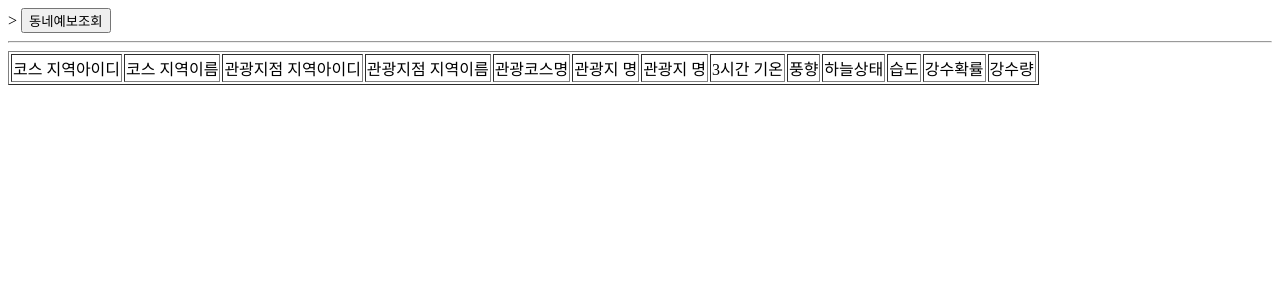
Repository: jeehui/JSPStudy
Page: http://localhost/OPENAPI_PRAC/tour/tour.jsp
An editor plug-in stored every save of this project. The page is shown before and after the next save, followed by the edit.
The browser window is 1280 px wide. The pictures show the whole page.
The page is served by Tomcat 9.

Above is the page before, as saved 2022-05-04 06:12:04.
Console error: SyntaxError: missing ) after argument list

After the next save:
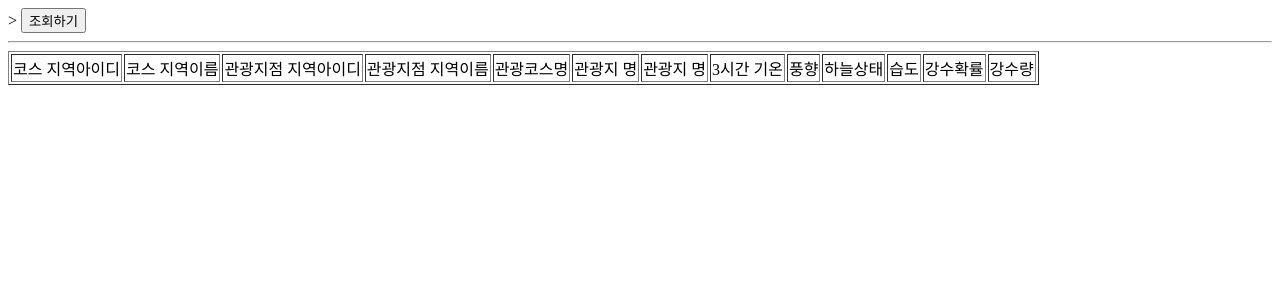
Saved 2 min 45 s later.
--- a/OPENAPI_PRAC/src/main/webapp/tour/tour.jsp
+++ b/OPENAPI_PRAC/src/main/webapp/tour/tour.jsp
@@ -7,6 +7,7 @@
 <title>Insert title here</title>
 <script src="https://code.jquery.com/jquery-3.6.0.js" integrity="sha256-H+K7U5CnXl1h5ywQfKtSj8PCmoN9aaq30gDh27Xc0jk=" crossorigin="anonymous"></script>
 <script src="https://code.jquery.com/ui/1.13.1/jquery-ui.js" integrity="sha256-6XMVI0zB8cRzfZjqKcD01PBsAy3FlDASrlC8SxCpInY=" crossorigin="anonymous"></script>>
+<link rel="stylesheet" href="https://code.jquery.com/ui/1.13.1/themes/base/jquery-ui.css">
 <script>
 
 	$(documoent).ready(function(){
@@ -46,7 +47,8 @@
 </script>
 </head>
 <body>
-	<input type="button" value="동네예보조회" id="btn_tour">
+
+	<input type="button" value="조회하기" id="btn_tour">
 
 	<hr>
 
